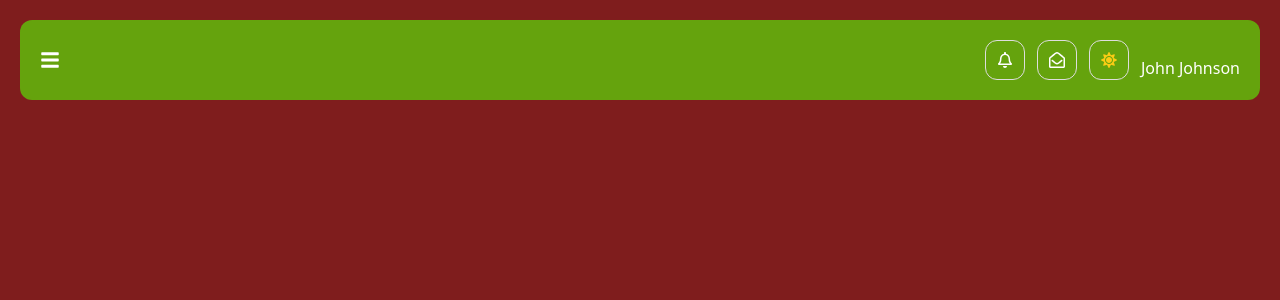
Repository: farrelmuhammad/redesign-bo
Page: /
These files come from the project's save history. The page is drawn as it stood at one moment and after the next save; the edit follows.
The browser window is 1280 px wide. The pictures show the whole page.
The project was rebuilt for these pictures with package versions that can differ from the ones it lists, and the page was loaded fresh each time. Also part of the build but not shown: src/App.css.

Above is the page before, as saved 2024-03-02 19:08:21.

After the next save:
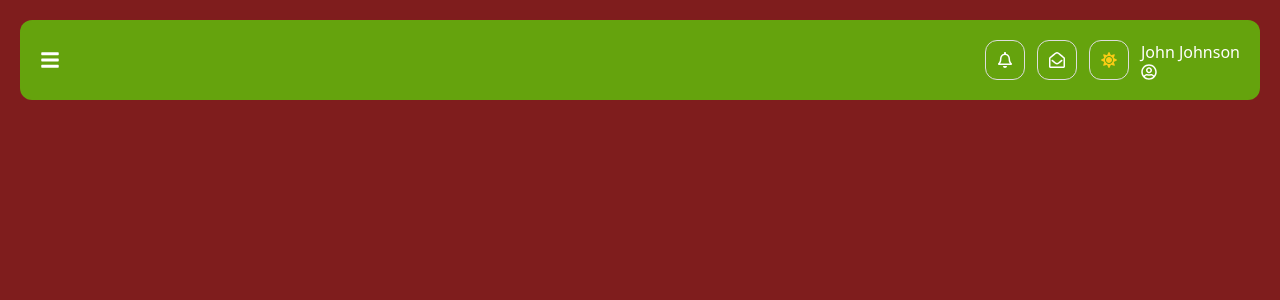
Saved 6 min 23 s later.
--- a/src/components/Navbar.tsx
+++ b/src/components/Navbar.tsx
@@ -1,5 +1,5 @@
 import React from 'react'
-import { FaBars, FaMoon, FaRegBell, FaRegEnvelopeOpen, FaSun } from "react-icons/fa";
+import { FaBars, FaMoon, FaRegBell, FaRegEnvelopeOpen, FaRegUserCircle, FaSun } from "react-icons/fa";
 
 const Navbar = () => {
     return (
@@ -21,7 +21,7 @@ const Navbar = () => {
                     {/* <FaMoon className='text-yellow-400' /> */}
                 </button>
                 <button>
-                    John Johnson
+                    John Johnson <FaRegUserCircle />
                 </button>
             </div>
         </nav>
